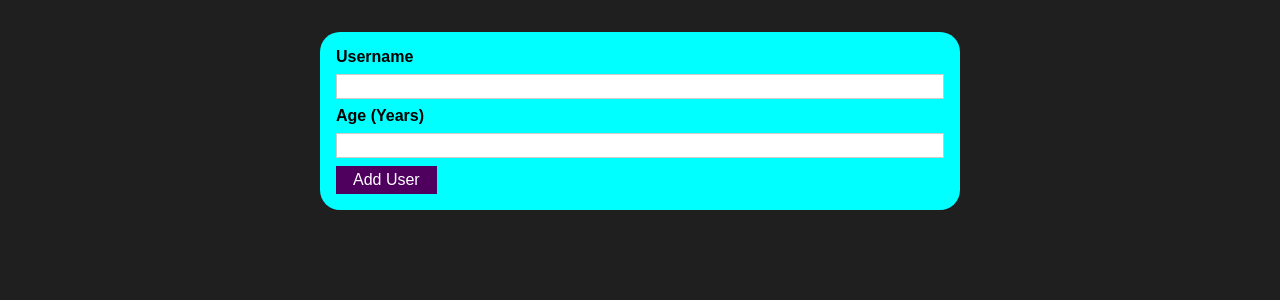
Repository: otvertka/MSC_4
Page: /
An editor plug-in stored every save of this project. The page is shown before and after the next save, followed by the edit.
The browser window is 1280 px wide. The pictures show the whole page.
The project was rebuilt for these pictures with package versions that can differ from the ones it lists, and the page was loaded fresh each time. Also part of the build but not shown: src/components/Card/Card.modules.css.

Above is the page before, as saved 2023-07-05 17:13:15.

After the next save:
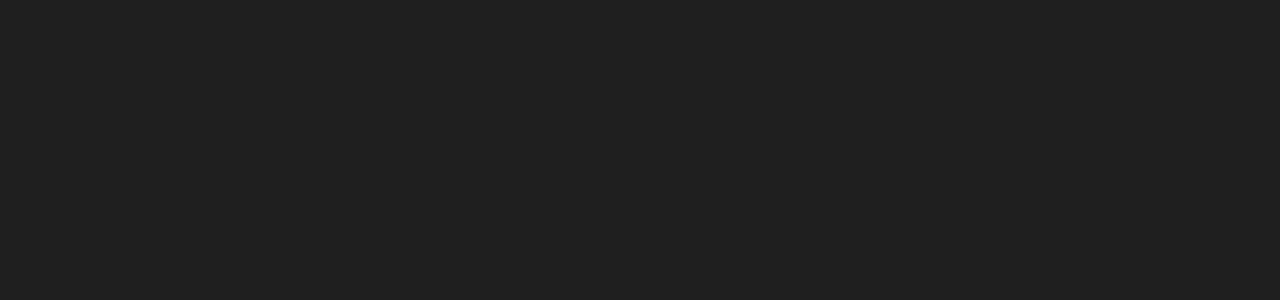
Saved 2 min 53 s later.
--- a/src/components/Card/Card.js
+++ b/src/components/Card/Card.js
@@ -2,9 +2,8 @@
 import classes from "./Card.modules.css";
 
 const Card = (props) => {
-  return (
-    <div className={`${classes.card} ${props.className}`}>{props.children}</div>
-  ); // обернёт содержимое между своими тегами
+  return;
+  <div className={`${classes.card} ${props.className}`}>{props.children}</div>;
 };
 
 export default Card;

After the 2 saves that followed:
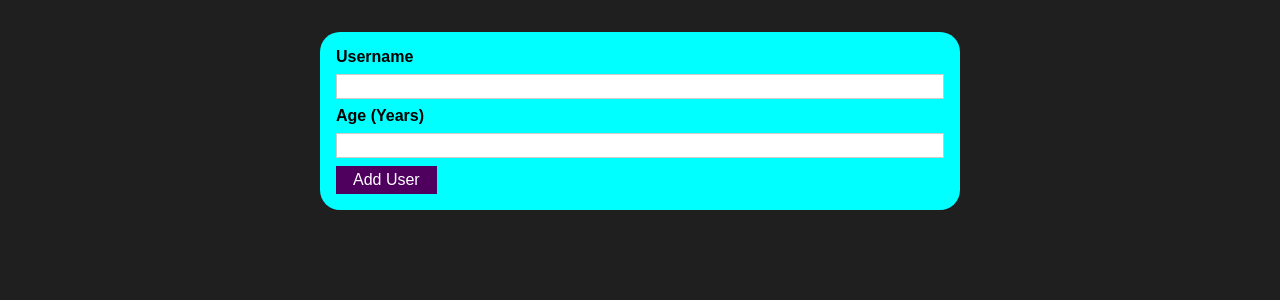
The 2 saves are shown as one change because 1 did not build or start.
The last was saved 43 s later.
--- a/src/components/Card/Card.js
+++ b/src/components/Card/Card.js
@@ -2,8 +2,9 @@
 import classes from "./Card.modules.css";
 
 const Card = (props) => {
-  return;
-  <div className={`${classes.card} ${props.className}`}>{props.children}</div>;
+  return (
+    <div className={`${classes.card} ${props.className}`}>{props.children}</div>
+  );
 };
 
 export default Card;
